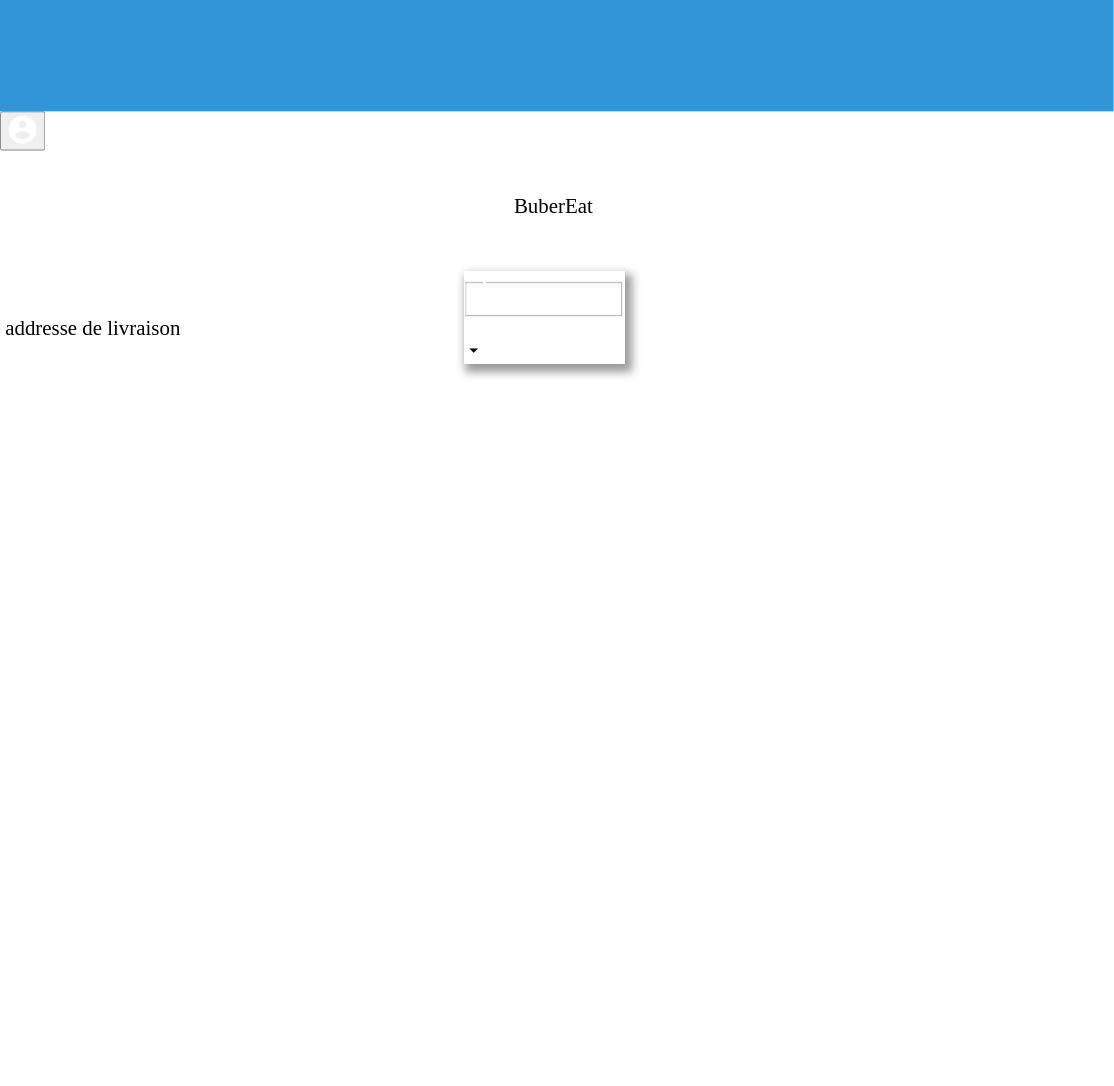
Repository: fidjy/B2_Info_Projet_Web
Page: /Login/%22this.streets%22
An editor plug-in stored every save of this project. The page is shown before and after the next save, followed by the edit.
The browser window is 1280 px wide. The pictures show the whole page, at 87% of full size.
An inner scrolling area shows only its first screen. The project was rebuilt for these pictures with package versions that can differ from the ones it lists, and the page was loaded fresh each time. Also part of the build but not shown: vue.config.js, src/views/RestaurantDishes/RestaurantDishes.vue.

Above is the page before, as saved 2020-03-24 09:17:55.

After the next save:
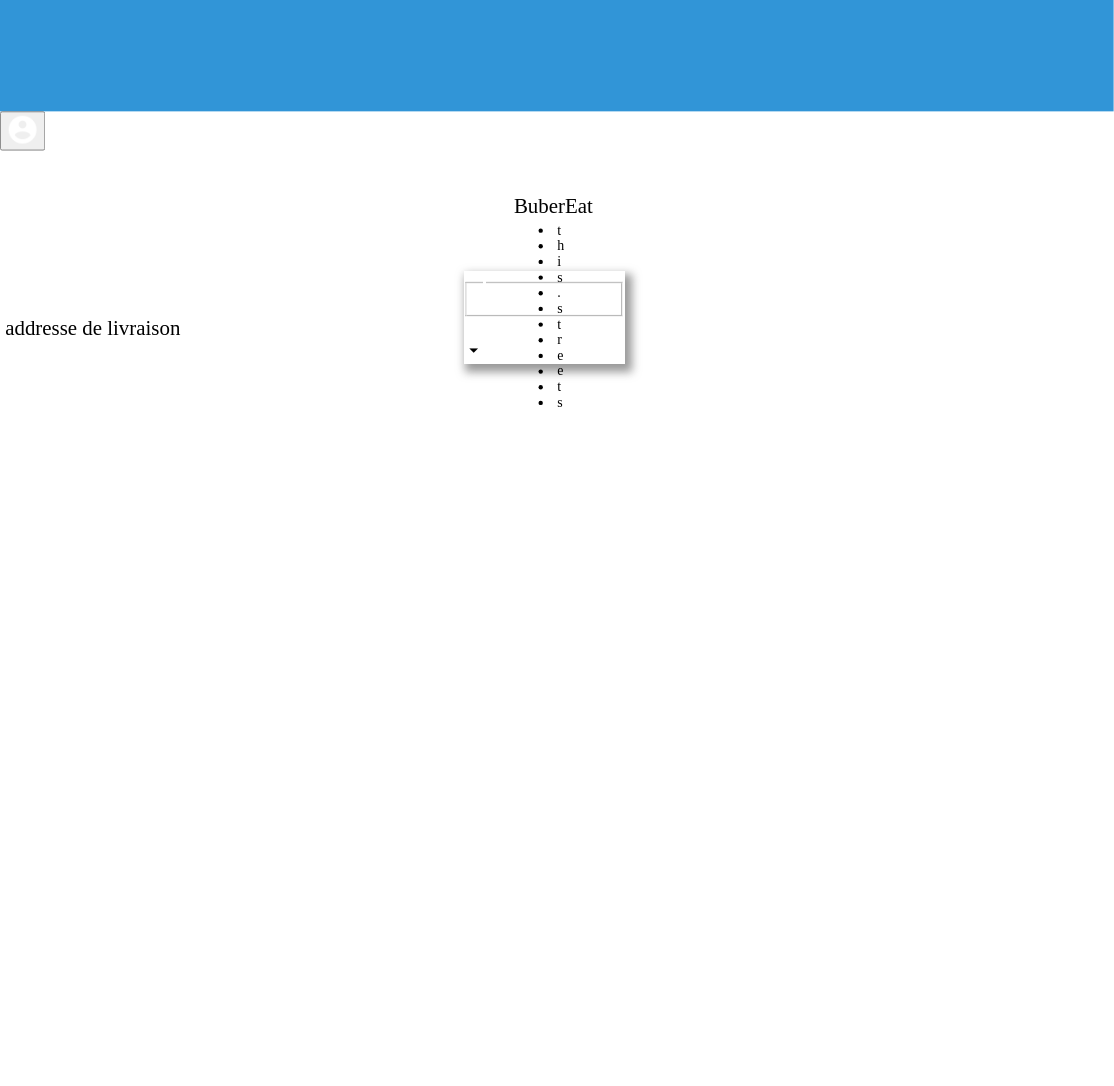
Saved 7 s later.
--- a/src/views/Login/Login.vue
+++ b/src/views/Login/Login.vue
@@ -1,8 +1,7 @@
 <template>
   <div>
     <li v-for="item in JSON.parse($route.params.propsAdresses)" :key="item.id">
-      {{ item.type.FeatureCollection
- }}
+      {{ item }}
     </li>
   </div>
 </template>
